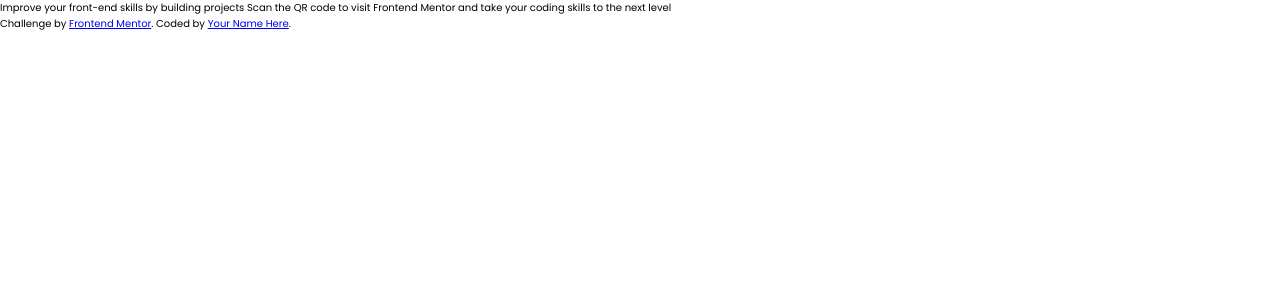
Repository: thaibaocoder1/qr-code-component
Page: index.html
These files come from the project's save history. The page is drawn as it stood at one moment and after a run of saves; the edit follows.
The browser window is 1280 px wide. The pictures show the whole page.

Above is the page before, as saved 2023-01-05 14:42:37.

After the next 3 saves:
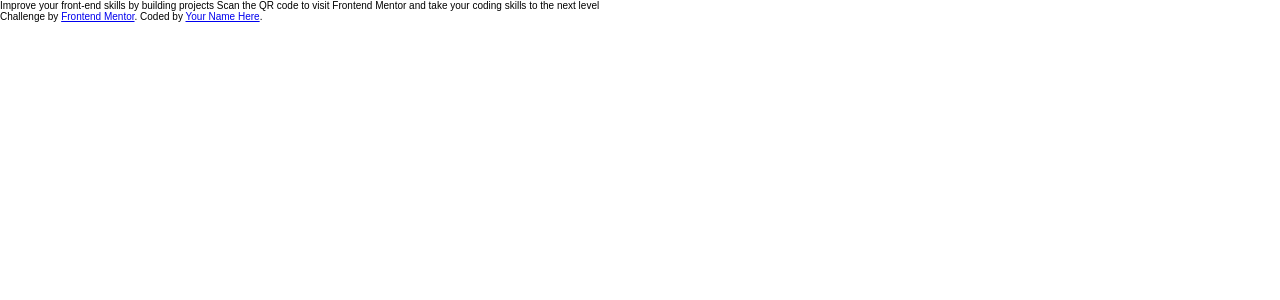
The 3 saves are shown as one change because they came seconds apart.
The last was saved 8 min 36 s later.
--- a/index.html
+++ b/index.html
@@ -8,7 +8,7 @@
   <link rel="stylesheet" href="./styles.css">
   <link rel="preconnect" href="https://fonts.googleapis.com">
   <link rel="preconnect" href="https://fonts.gstatic.com" crossorigin>
-  <link href="https://fonts.googleapis.com/css2?family=Poppins:wght@300;400;500;600;700&display=swap" rel="stylesheet">
+  <link href="https://fonts.googleapis.com/css2?family=Outfit:wght@400;700&display=swap" rel="stylesheet">
 </head>
 <body>
 
